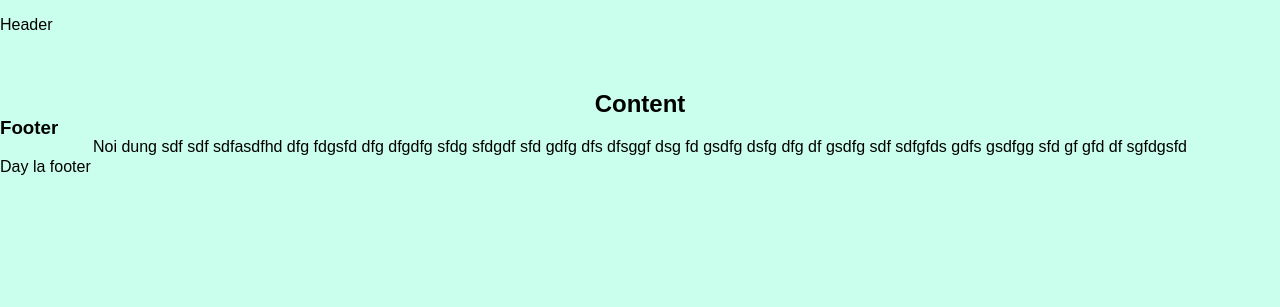
Repository: Thonghehe/Lab2_Web106
Page: Buoi2/l22.html
These files come from the project's save history. The page is drawn as it stood at one moment and after the next save; the edit follows.
The browser window is 1280 px wide. The pictures show the whole page.

Above is the page before, as saved 2024-03-09 18:08:38.

### Buoi2/l22.html
<!DOCTYPE html>
<html lang="en">

<head>
    <meta charset="UTF-8">
    <meta name="viewport" content="width=device-width, initial-scale=1.0">
    <title>Document</title>
    <style>
        body {
            font-family: Arial, Helvetica, sans-serif;
            margin: 0;
            padding: 0;
            display: flex;
            /* Hien thi dang cot */
            flex-direction: column;
            min-width: 100vh;
            background-color: rgb(202, 255, 237);
        }

        .header .footer {
            background-color: antiquewhite;
            color: brown;
            padding: 20px;
            text-align: center;
            flex-shrink: 0;
        }

        .content {
            padding: 20px;
            text-align: center;
            flex-grow: 1;
        }

        .container {
            position: relative;
            min-height: 100%;
        }

        .footer {
            position: absolute;
            bottom: 0;
            width: 100%;
        }

        @media only screen and(max-width:800px) {
            .header .content .footer {
                width: 100%;
            }
        }
    </style>
</head>

<body>
    <div class="container">
        <div class="header">
            <p>Header</p>
        </div>
        <div class="content">
            <h2>Content</h2>
            <p>Noi dung sdf sdf sdfasdfhd dfg fdgsfd
                dfg dfgdfg sfdg sfdgdf sfd gdfg dfs
                dfsggf dsg fd gsdfg dsfg dfg df
                gsdfg sdf sdfgfds gdfs gsdfgg sfd gf gfd
                df sgfdgsfd
            </p>
        </div>
        <div class="footer">
            <h3>Footer</h3>
            <p>Day la footer</p>
        </div>
    </div>
</body>

</html>

After the next save:
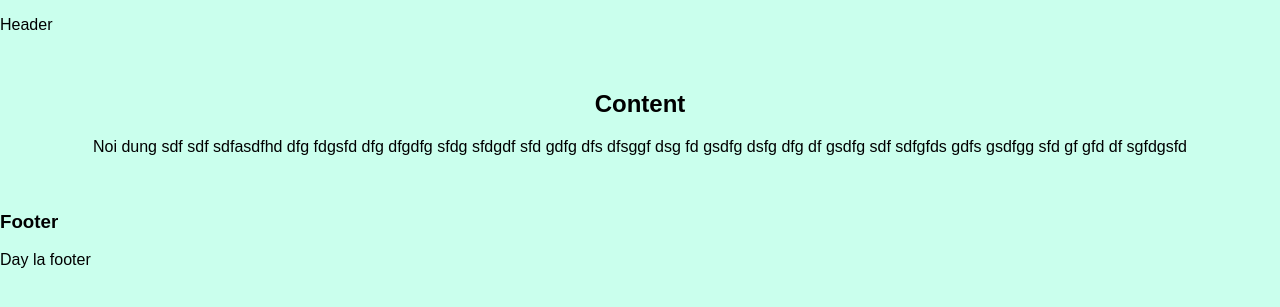
Saved 11 s later.
--- a/Buoi2/l22.html
+++ b/Buoi2/l22.html
@@ -36,11 +36,7 @@
             min-height: 100%;
         }
 
-        .footer {
-            position: absolute;
-            bottom: 0;
-            width: 100%;
-        }
+
 
         @media only screen and(max-width:800px) {
             .header .content .footer {
